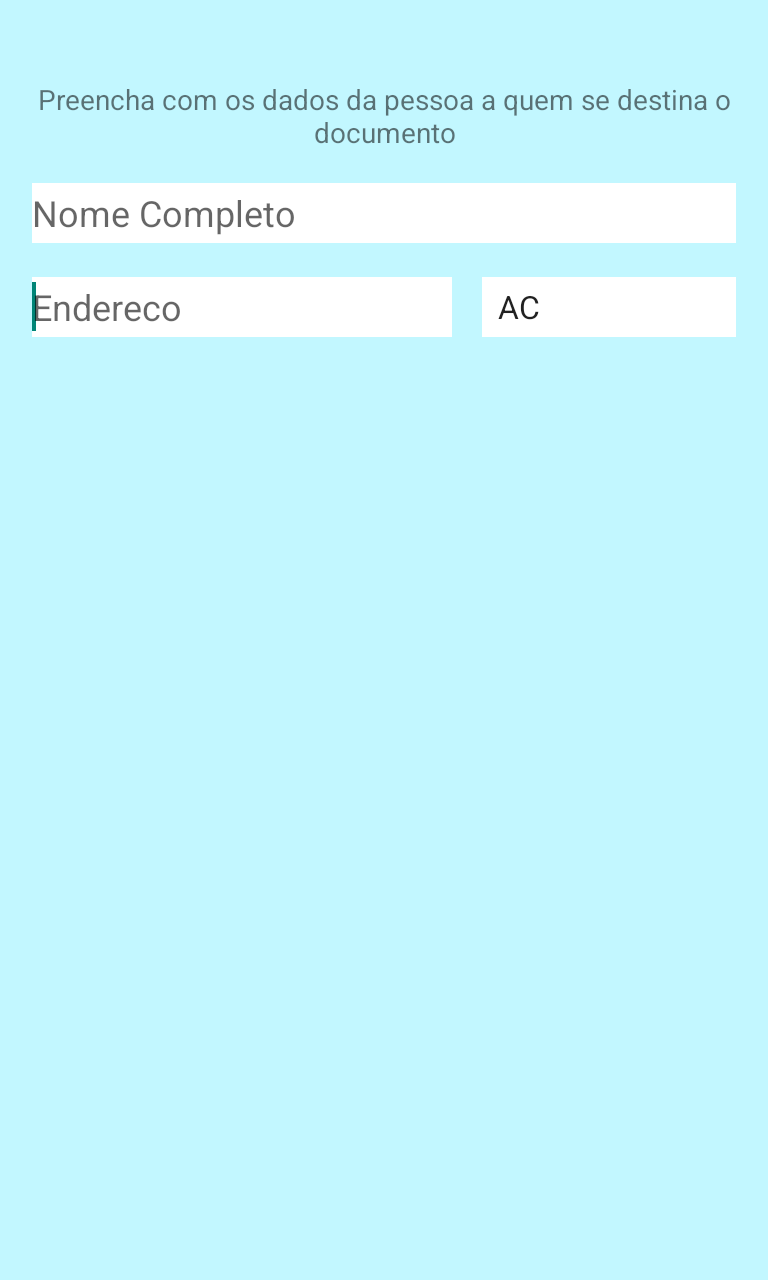
Repository: pdelfino/Projeto-livre
Layout: Protesto Livre/ProtestoLivre/res/layout/fragment_tela05.xml
An editor plug-in stored every save of this project. The layout is shown before and after the next save, followed by the edit.
It is drawn on a 768 x 1280 px phone screen (xhdpi) without system bars, with theme AppTheme; the app's code is not run.

Above is the layout before, as saved 2014-05-29 00:43:48.

### Protesto Livre/ProtestoLivre/res/layout/fragment_tela05.xml
<RelativeLayout xmlns:android="http://schemas.android.com/apk/res/android"
    xmlns:tools="http://schemas.android.com/tools"
    android:layout_width="match_parent"
    android:layout_height="match_parent"
    android:background="#C2F7FF"
    android:paddingBottom="@dimen/activity_vertical_margin"
    android:paddingLeft="@dimen/activity_horizontal_margin"
    android:paddingRight="@dimen/activity_horizontal_margin"
    android:paddingTop="@dimen/activity_vertical_margin"
    tools:context="br.sp.protestolivre.Tela05$PlaceholderFragment" >

    <TextView
        android:id="@+id/textView1"
        android:layout_width="wrap_content"
        android:layout_height="wrap_content"
        android:layout_alignParentTop="true"
        android:layout_centerHorizontal="true"
        android:layout_marginTop="24dp"
        android:gravity="center"
        android:text="Preencha com os dados da pessoa a quem se destina o documento" />

    <EditText
        android:id="@+id/Nome"
        android:layout_width="wrap_content"
        android:layout_height="30dp"
        android:layout_alignLeft="@+id/textView1"
        android:layout_alignRight="@+id/textView1"
        android:layout_below="@+id/textView1"
        android:layout_marginTop="16dp"
        android:background="#ffffff"
        android:ems="10"
        android:hint="Nome Completo"
        android:inputType="textPersonName" />

    <EditText
        android:id="@+id/Endereco"
        android:layout_width="wrap_content"
        android:layout_height="30dp"
        android:layout_alignLeft="@+id/Nome"
        android:layout_below="@+id/Nome"
        android:layout_marginTop="17dp"
        android:background="#ffffff"
        android:ems="10"
        android:hint="Endereco" >

        <requestFocus />
    </EditText>

    <Spinner
        android:id="@+id/spinner1"
        android:layout_width="match_parent"
        android:layout_height="30dp"
        android:layout_alignRight="@+id/Nome"
        android:layout_alignTop="@+id/Endereco"
        android:layout_marginLeft="15dp"
        android:layout_toRightOf="@+id/Endereco"
        android:background="#ffffff"
        android:entries="@array/estados"
        android:spinnerMode="dropdown" />

</RelativeLayout>

### Protesto Livre/ProtestoLivre/res/values/strings.xml
<?xml version="1.0" encoding="utf-8"?>
<resources>

    <string name="app_name">Protesto Livre</string>
    <string name="hello_world">Hello world!</string>
    <string name="action_settings">Settings</string>
    <string name="title_activity_tela04">Tela04</string>
    <string name="title_activity_tela05">Tela05</string>
	<string-array name="estados">
        <item>AC</item>
		<item>AL</item>
		<item>AP</item>
		<item>AM</item>
		<item>BA</item>
		<item>CE</item>
		<item>DF</item>
		<item>ES</item>
		<item>GO</item>
		<item>MA</item>
		<item>MT</item>
		<item>MS</item>
		<item>MG</item>
		<item>PA</item>
		<item>PB</item>
		<item>PR</item>
		<item>PE</item>
		<item>PI</item>
		<item>RJ</item>
		<item>RN</item>
		<item>RS</item>
		<item>RO</item>
		<item>RR</item>
		<item>SC</item>
		<item>SP</item>
		<item>SE</item>
		<item>TO</item>
    </string-array>
</resources>

Loaded but not shown: Protesto Livre/ProtestoLivre/res/values/styles.xml (common file); Protesto Livre/ProtestoLivre/res/values-v11/styles.xml (common file); Protesto Livre/ProtestoLivre/res/values-v14/styles.xml (common file); Protesto Livre/ProtestoLivre/res/values/dimens.xml (common file); Protesto Livre/ProtestoLivre/res/values-w820dp/dimens.xml (common file)

After the next save:
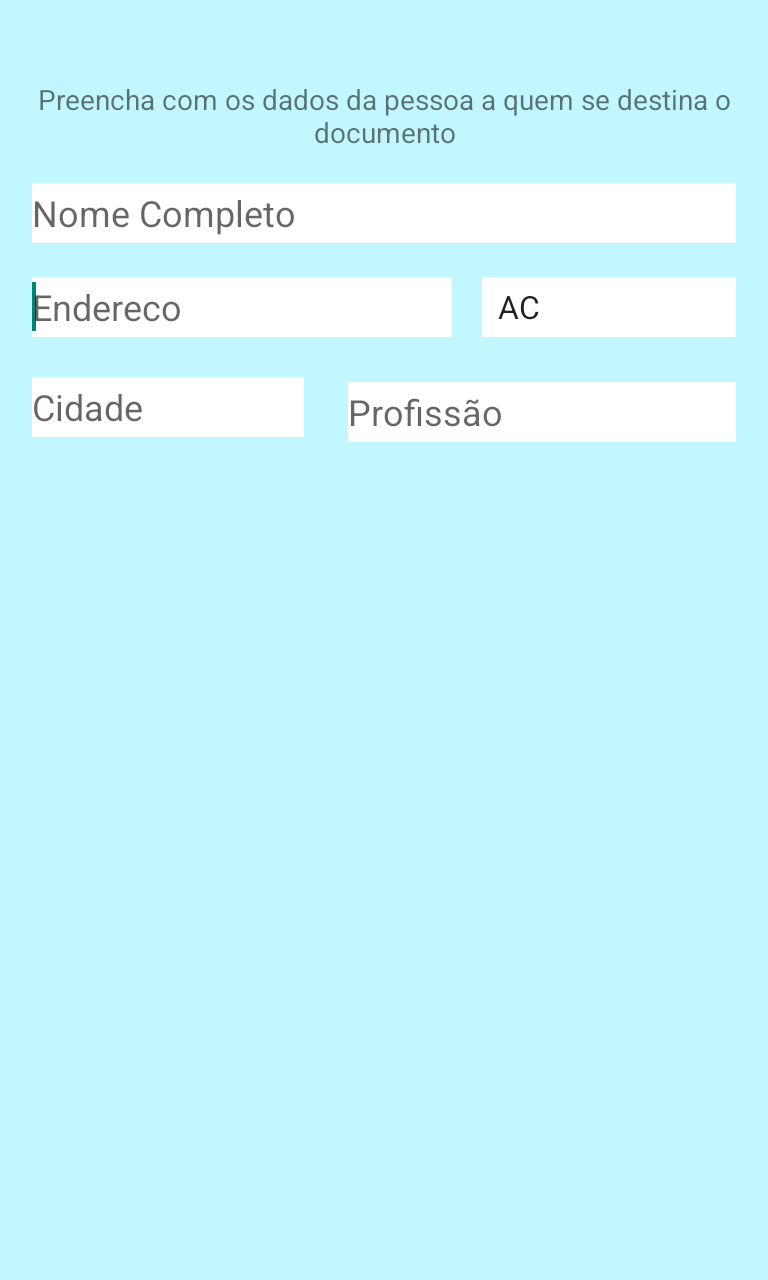
Saved 3 min 10 s later.
--- a/Protesto Livre/ProtestoLivre/res/layout/fragment_tela05.xml
+++ b/Protesto Livre/ProtestoLivre/res/layout/fragment_tela05.xml
@@ -58,4 +58,29 @@
         android:entries="@array/estados"
         android:spinnerMode="dropdown" />
 
+    <EditText
+        android:id="@+id/EditText01"
+        android:layout_width="wrap_content"
+        android:layout_height="30dp"
+        android:layout_alignRight="@+id/Endereco"
+        android:layout_below="@+id/Endereco"
+        android:layout_marginRight="74dp"
+        android:layout_marginTop="20dp"
+        android:background="#ffffff"
+        android:ems="10"
+        android:hint="Cidade" />
+
+    <EditText
+        android:id="@+id/EditText02"
+        android:layout_width="wrap_content"
+        android:layout_height="30dp"
+        android:layout_alignBaseline="@+id/EditText01"
+        android:layout_alignBottom="@+id/EditText01"
+        android:layout_alignLeft="@+id/EditText01"
+        android:layout_alignParentRight="true"
+        android:layout_marginLeft="158dp"
+        android:background="#ffffff"
+        android:ems="10"
+        android:hint="Profissão" />
+
 </RelativeLayout>
